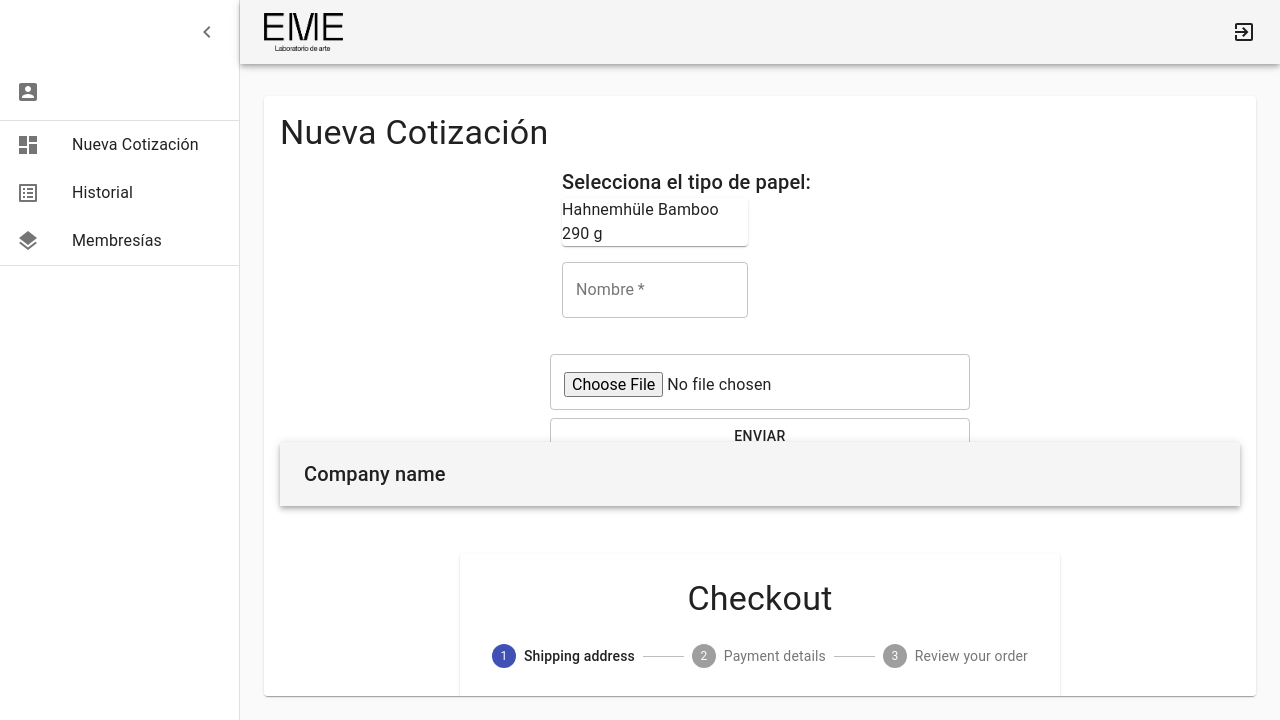
Repository: BrendaCarranco/eme-lab
Page: /Trabajo
The author's editor kept a copy of each file at every save. The page is drawn from the files as they stood at one save, then again after the next save.
The browser window is 1280 px wide. The pictures show the whole page.
An inner scrolling area shows only its first screen. Some web libraries are served in a nearby version. The project was rebuilt for these pictures with package versions that can differ from the ones it lists, and the page was loaded fresh each time. Also part of the build but not shown: src/components/buildingPage/Building.js, src/temaConfig.js, src/components/buildingPage/Landing.js, src/components/login/Reset.js, src/components/Dashboard/Historial.js, src/components/Dashboard/Membresias.js, src/components/Dashboard/SizeForm.js, src/components/Dashboard/Review.js and 6 more.

Above is the page before, as saved 2020-08-30 19:27:56.

After the next save:
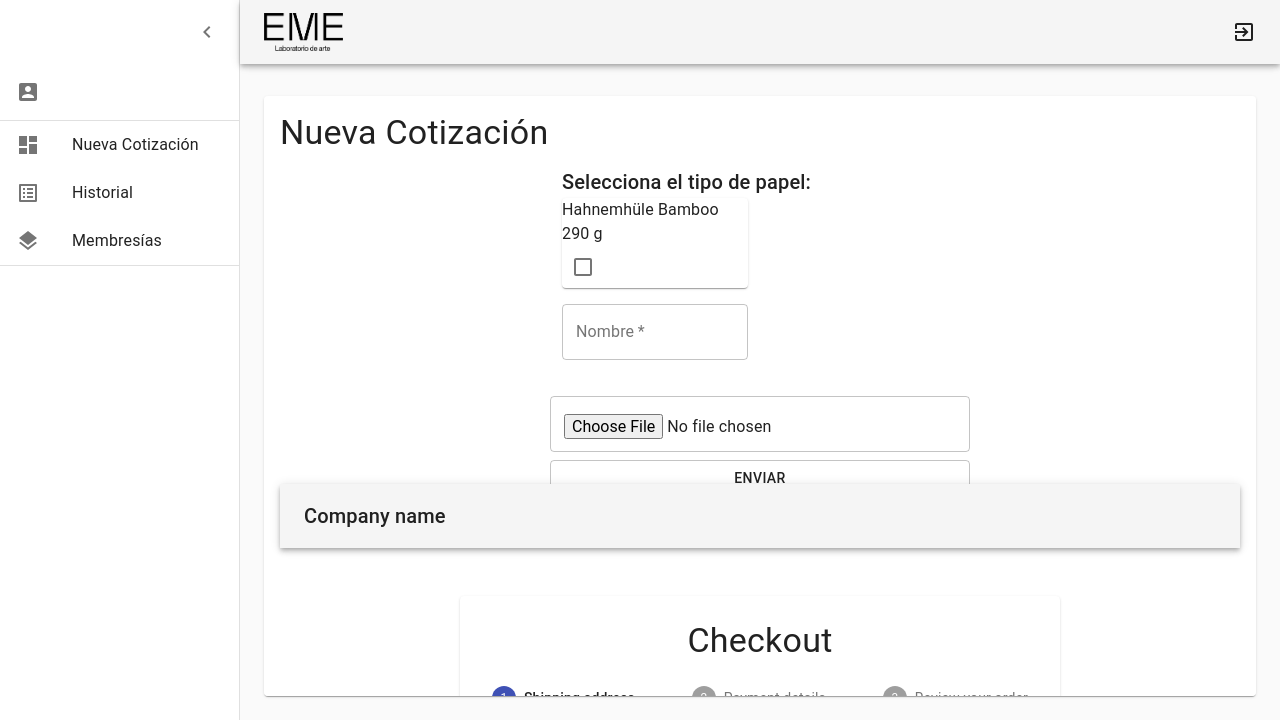
Saved 2 min 52 s later.
--- a/src/components/Dashboard/Cotizacion.js
+++ b/src/components/Dashboard/Cotizacion.js
@@ -11,6 +11,7 @@ import TextField from '@material-ui/core/TextField';
 import Button from '@material-ui/core/Button';
 import Grid from '@material-ui/core/Grid';
 import Paper from '@material-ui/core/Paper';
+import Checkbox from '@material-ui/core/Checkbox';
 
 const useStyles = makeStyles({
   depositContext: {
@@ -104,6 +105,9 @@ const Cotizacion = ({ firebaseUser, setUsersFiles, usersFiles }) => {
             <Typography>
               Hahnemhüle Bamboo  290 g
             </Typography>
+            <Checkbox
+
+      />
 
           </Paper>
           <TextField
